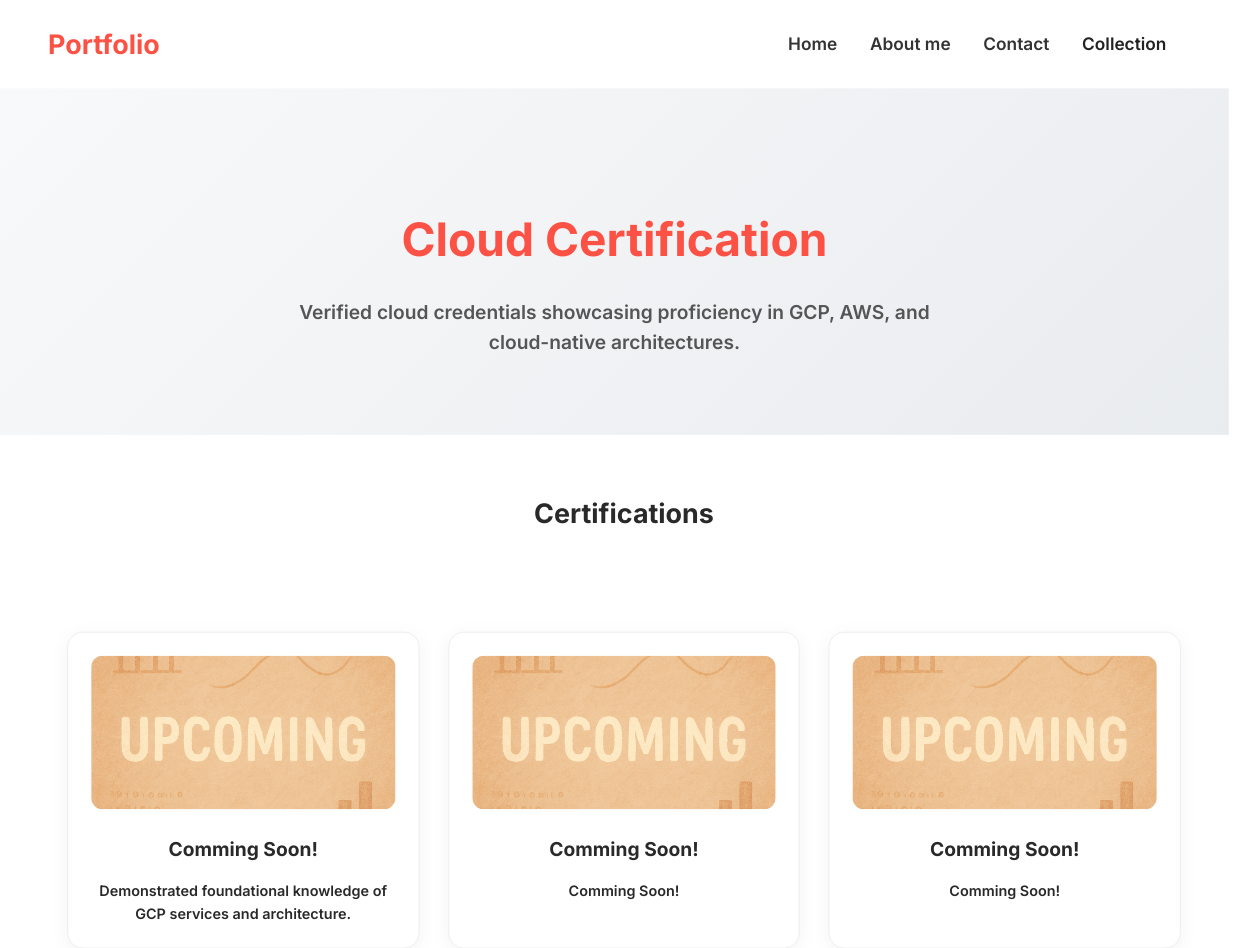
Repository: Wipas1919/Archive-portfolio
Page: projects/cloud-cert.html
These files come from the project's save history. The page is drawn as it stood at one moment and after the next save; the edit follows.
The browser window is 1280 px wide. The page is 1300 px wide, so the pictures cover 1300 px, including what lies to the right of the window. The pictures show the whole page, at 96% of full size.

Above is the page before, as saved 2025-06-01 20:47:49.

### projects/cloud-cert.html
<!-- Cleaned and updated on 2025-05-25 -->
<!DOCTYPE html>
<html lang="en">
<head>
  <meta charset="UTF-8" />
  <meta name="viewport" content="width=device-width, initial-scale=1.0"/>
  <title>Cloud Certification | Portfolio</title>
  <link href="https://fonts.googleapis.com/css2?family=Inter:wght@600;700&display=swap" rel="stylesheet">
  <link rel="stylesheet" href="../style/main.css">
  <style>
    body { font-family: 'Inter', sans-serif; }
    .cover {
      background: linear-gradient(135deg, #f8f9fa, #e9ecef);
      padding: 80px 20px;
      text-align: center;
    }
    .cover h1 {
      font-size: 48px;
      color: #fc5246;
      margin-bottom: 20px;
    }
    .cover p {
      font-size: 20px;
      color: #555;
      max-width: 700px;
      margin: 0 auto;
    }
    .project-cards h3 {
      text-align: center;
      font-size: 28px;
      margin-top: 60px;
      margin-bottom: 30px;
    }
    .card-grid {
      display: grid;
      grid-template-columns: repeat(auto-fit, minmax(280px, 1fr));
      gap: 30px;
      padding: 0 20px;
    }
    .card {
      display: block;
      background: #fff;
      border-radius: 16px;
      box-shadow: 0 4px 20px rgba(0, 0, 0, 0.05);
      padding: 24px;
      text-align: center;
      transition: transform 0.3s;
      text-decoration: none !important;
      color: inherit !important;
      cursor: pointer;
    }
    .card:hover {
      transform: translateY(-5px);
    }
    .card img {
      width: 100%;
      height: 160px;
      object-fit: cover;
      border-radius: 12px;
      margin-bottom: 16px;
    }
    .card h4 {
      font-size: 20px;
      margin-bottom: 8px;
      color: #222;
    }
    .card p {
      color: #666;
      font-size: 15px;
    }
    .card:visited,
    .card:hover,
    .card:focus,
    .card:active,
    .card *,
    .card *:visited,
    .card *:hover,
    .card *:focus,
    .card *:active {
      color: inherit !important;
      text-decoration: none !important;
    }
    .dropdown-wrapper { position: relative; display: inline-block; }
    .dropbtn {
      font-weight: 600;
      cursor: pointer;
      color: #222;
      text-decoration: none;
      margin-left: 15px;
    }
    .dropdown-content {
      display: none;
      position: absolute;
      top: 100%;
      right: 0;
      background-color: #ffffff;
      min-width: 220px;
      border-radius: 12px;
      box-shadow: 0 10px 25px rgba(0, 0, 0, 0.08);
      overflow: hidden;
      padding: 10px 0;
      z-index: 999;
    }
    .dropdown-wrapper:hover .dropdown-content { display: block; }
    .dropdown-content a {
      display: block;
      padding: 12px 20px;
      color: #222;
      text-decoration: none;
      font-size: 15px;
      transition: background-color 0.2s ease, color 0.2s ease;
    }
    .dropdown-content a:hover {
      background-color: #eaeaea;
      color: #fd3a2d;
    }
  </style>
</head>
<body>
  <div id="page-loader"><div class="spinner"></div></div>

  <header>
    <div class="container">
      <h1 class="logo" style="font-family: 'Inter', sans-serif; font-weight: 700; font-size: 28px; color: #fc5246;">Portfolio</h1>
      <nav class="nav-right">
        <a href="../index.html">Home</a>
        <a href="../index.html#about">About me</a>
        <a href="../index.html#contact">Contact</a>
        <div class="dropdown-wrapper">
          <a href="#" class="dropbtn">Collection</a>
          <div class="dropdown-content">
            <a href="data-engineer.html">Data Engineer</a>
            <a href="business-analysis.html">Business Analysis</a>
            <a href="bi-solutions.html">Business Intelligent</a>
            <a href="strategic-data.html">Data-Driven</a>
            <a href="cloud-cert.html">Certification</a>
            <a href="data-integration.html">Data Product</a>
          </div>
        </div>
      </nav>
    </div>
  </header>

  <!-- Cover -->
  <section class="cover">
    <h1>Cloud Certification</h1>
    <p>Verified cloud credentials showcasing proficiency in GCP, AWS, and cloud-native architectures.</p>
  </section>

  <!-- Project Cards -->
  <section class="project-cards container" id="project-cards">
    <h3>Certifications</h3>
    <div class="card-grid" id="card-container"></div>
  </section>

  <script>
    const cardsContainer = document.getElementById("card-container");
    const projectId = "cloud-cert";

    fetch("../data/projects.json")
      .then(res => res.json())
      .then(data => {
        const p = data[projectId];
        if (!p || !p.projects?.length) {
          cardsContainer.innerHTML = "<p>No certifications found.</p>";
          return;
        }
        cardsContainer.innerHTML = p.projects.map(proj => `
          <a href="project.html?id=${proj.slug}" class="card">
            <img src="${proj.image}" alt="${proj.title}" />
            <h4>${proj.title}</h4>
            <p>${proj.description}</p>
          </a>
        `).join("");
      })
      .catch(err => {
        cardsContainer.innerHTML = "<p>Error loading data.</p>";
        console.error(err);
      });
  </script>
</body>
</html>

### style/main.css
/* ตั้งค่าพื้นฐาน */
body {
  margin: 0;
  font-family: 'Poppins', sans-serif;
  background: #ffffff;
  color: #292929;
  line-height: 1.6;
  scroll-behavior: smooth;
  user-select: none;
  -webkit-user-select: none;
  -ms-user-select: none;
}

img {
  max-width: 100%;
  height: auto;
  display: block;
}

.container {
  width: 100%;
  max-width: 1200px;
  margin: 0 auto;
  padding: 0 50px; /* เพิ่ม padding ด้านข้าง */
}

@media screen and (max-width: 767px) {
  .container { padding: 0 16px; }
  .hero h2 { font-size: 36px; }
  .hero p { font-size: 18px; }
  .card-grid { grid-template-columns: 1fr; }
  nav a { font-size: 14px; }
  .hero-content { flex-direction: column; }
  .about-image img { width: 100%; }
}

@media screen and (min-width: 768px) and (max-width: 1024px) {
  .hero h2 { font-size: 48px; }
  .card-grid { grid-template-columns: repeat(2, 1fr); }
}

@media screen and (max-width: 480px) {
  h2, .section-title { font-size: 28px; }
  .hero h2 { font-size: 28px; }
  .hero p, .section-description, .about-text p, .card p { font-size: 16px; }
  .btn { padding: 10px 20px; font-size: 16px; }
}

/* Navbar */
header {
  background: #fff;
  padding: 5px 0;
  display: flex;
  justify-content: space-between;
  align-items: center;
  border-bottom: 0px solid #eee;
  position: sticky;
  top: 0;
  z-index: 100;
}

header .container {
  display: flex;
  align-items: center;
  justify-content: space-between;
}

.logo {
  font-family: 'Poppins', serif;
  font-size: 30px;
  color: #fc5246;
}

nav a {
  margin: 0 15px;
  color: #333;
  text-decoration: none;
  font-weight: 600;
  font-size: 18px;
}

nav a:hover {
  color: #fd3a2d;
}

/* ปุ่มหลักของเมนู dropdown */
.dropdown-wrapper {
  position: relative;
  display: inline-block;
}

.dropbtn {
  font-weight: 600;
  cursor: pointer;
  color: #222;
  transition: color 0.3s ease;
}

.dropbtn:hover {
  color: #fd3a2d;
}

/* เมนูที่แสดงเมื่อ hover */
.dropdown-content {
  display: none;
  position: absolute;
  top: 100%;
  right: 0;
  background-color: #ffffff;
  min-width: 220px;
  border-radius: 12px;
  box-shadow: 0 10px 25px rgba(0, 0, 0, 0.08);
  overflow: hidden;
  padding: 10px 0;
  z-index: 999;
}

/* แสดงเมื่อ hover */
.dropdown-wrapper:hover .dropdown-content {
  display: block;
}

/* ลิงก์ใน dropdown */
.dropdown-content a {
  display: block;
  padding: 12px 20px;
  color: #222;
  text-decoration: none;
  font-size: 15px;
  transition: background-color 0.2s ease, color 0.2s ease;
}

/* Hover effect ของลิงก์ */
.dropdown-content a:hover {
  background-color: #eaeaea;
  color: #fd3a2d;
}

.hero-animation {
  margin-top: 10px;
  display: flex;
  justify-content: right;
}

/* Hero Section */
.hero {
  position: relative;
  height: 60vh;
  display: flex;
  align-items: center;
  justify-content: center;
  flex-direction: column;
  text-align: center;
  background: #000000;
  color: #ffffff;
}

#hero-background {
  position: absolute;
  top: 0;
  left: 0;
  width: 100%;
  height: 100%;
  z-index: 0;
}

.hero-content {
  position: relative;
  z-index: 1;
  width: 100%;
  max-width: 1200px;
  padding-left: 5vw;
  padding-right: 5vw;
  text-align: left;
  align-items: flex-start;
}

.hero h2 {
  font-size: 60px;
  margin-bottom: 10px;
  line-height: 1.2;
  color: #ececec;
}

.hero p {
  font-size: 30px;
  margin-bottom: 30px;
  color: #ececec;
}

.btn, .hero .btn {
  display: inline-block;
  background: #fd3a2d;
  color: #fff;
  padding: 14px 36px;
  border-radius: 30px;
  text-decoration: none;
  font-weight: bold;
  font-size: 18px;
  transition: background 0.3s;
}

.btn:hover, .hero .btn:hover {
  background: #252525;
}

/* Sections */
section {
  padding: 100px 0;
  text-align: center;
}

/* About Section */
.about-grid {
  display: flex;
  align-items: center;
  justify-content: center;
  gap: 50px;
  flex-wrap: wrap;
}

.about-image img {
  width: 500px;
  height: auto;
  object-fit: cover;
  border-top-left-radius: 0;
  border-top-right-radius: 0;
  border-bottom-left-radius: 200px;
  border-bottom-right-radius: 200px;
}

.about-text {
  max-width: 500px;
  text-align: left;
}

.about-text h2 {
  margin-bottom: 20px;
}

.about-text p {
  font-size: 18px;
  color: #666;
}

/* Timeline */
.timeline-item {
  position: relative;
  margin-bottom: 30px;
}

.timeline-dot {
  width: 14px;
  height: 14px;
  background-color: #fd3a2d;
  border-radius: 50%;
  position: absolute;
  left: -8px;
  top: 0;
}

.timeline-content {
  margin-left: 20px;
}

.timeline-content h4 {
  margin: 0;
  font-size: 18px;
  color: #333;
  font-weight: 600;
}

.timeline-content p {
  margin: 5px 0 0;
  font-size: 16px;
  color: #666;
}

/* Projects Section */
#projects {
  margin-bottom: 10px;
}

.card-grid {
  display: grid;
  grid-template-columns: repeat(3, 1fr); /* สำคัญ: 3 คอลัมน์ */
  gap: 20px;
  margin-top: 100px;
}


.card {
  background: #ffffff;
  padding: 30px;
  border-radius: 12px;
  max-height: 280px;
  text-align: center;
  transition: box-shadow 0.3s;
  border: 1px solid #eee;
}

.card:hover {
  box-shadow: 0 8px 20px rgba(0, 0, 0, 0.1);
}

.card-icon img {
  width: 40px;
  height: 40px;
  margin-bottom: 20px;
}

.card h3 {
  font-size: 18px;
  margin-bottom: 15px;
  color: #333;
}

.card p {
  font-size: 16px;
  color: #666;
}

/* Contact Section */
.contact {
  background: rgba(255, 255, 255, 0.5); /* 1 = โปร่งแสง 50% */
  text-align: center;
}

.section-subtitle {
  text-transform: uppercase;
  font-size: 18px;
  letter-spacing: 1.5px;
  color: #4e4e4e;
  margin-bottom: 10px;
}

h2 {
  font-size: 36px;
  color: #292929
}


.section-title {
  font-size: 36px;
  margin-bottom: 10px;
  color: #2e2e2e;
}

.section-description {
  font-size: 18px;
  margin-bottom: 40px;
  color: #4e4e4e;
}

.contact-grid {
  display: grid;
  grid-template-columns: repeat(auto-fit, minmax(280px, 1fr));
  gap: 20px;
  margin-top: 40px;
}

.contact-card.glass {
  background: rgba(255, 255, 255, 0.15);
  backdrop-filter: blur(12px);
  -webkit-backdrop-filter: blur(12px);
  border-radius: 20px;
  padding: 24px;
  border: 1px solid rgba(255, 255, 255, 0.3);
  box-shadow: 0 8px 32px rgba(0, 0, 0, 0.1);
  transition: transform 0.3s ease, box-shadow 0.3s ease;
  text-align: center;
}

.contact-card.glass:hover {
  transform: scale(1.05);
  box-shadow: 0 12px 28px rgba(0, 0, 0, 0.15);
}

.contact-icon {
  display: flex;
  flex-direction: column;
  align-items: center;
  justify-content: center; /* 🔥 เพิ่มบรรทัดนี้เพื่อจัดไอคอนแนวดิ่ง */
  height: 100px; /* ✅ ปรับความสูงให้เหมาะสม */
  margin-bottom: 12px;
}


.contact-icon img {
  width: 48px;
  height: 48px;
  margin-bottom: 12px;
  transition: transform 0.3s ease;
}

.contact-card.glass:hover .contact-icon img {
  transform: scale(1.15);
}

/* Footer */
footer {
  background: #f5f5f5;
  padding: 20px 0;
  font-size: 14px;
  color: #4d4d4d;
}

.footer-container {
  display: flex;
  justify-content: space-between;
  align-items: center;
  flex-wrap: wrap;
}

.social-links {
  display: flex;
  gap: 20px;
}

.social-links a img {
  width: 30px;
  height: 30px;
  transition: transform 0.3s ease;
}

.social-links a img:hover {
  transform: scale(1.2);
}

#hero-background {
  position: absolute;
  top: 0;
  left: 0;
  height: 100%;
  width: 100%;
  z-index: 0;
  overflow: hidden;
}
.hero-content {
  position: relative;
  z-index: 1;
}

/* animation-data */
.hero-content {
  display: flex;
  justify-content: space-between;
  align-items: center;
  flex-wrap: wrap;
  gap: 40px;
}

.hero-text {
  flex: 1 1 55%;
}

.hero-animation {
  flex: 1 1 40%;
  display: flex;
  justify-content: center;
  align-items: center;
}

/* ===== Page Loader & Smooth Scroll ===== */
html{scroll-behavior:smooth;}

#page-loader{
  position:fixed;inset:0;display:grid;place-items:center;
  background:#ffffff;z-index:9999;opacity:1;
  transition:opacity .0.5s ease;
}
#page-loader .spinner{
  width:32px;height:32px;border:4px solid #e5e5e5;
  border-top-color:#ff694b;border-radius:50%;
  animation:spin .8s linear infinite;
}
@keyframes spin{to{transform:rotate(360deg)}}

body.loaded #page-loader{opacity:0;pointer-events:none;}
body.fade-out{opacity:0;transition:opacity .0.5s ease;}

@keyframes hideLoaderFallback{to{opacity:0;pointer-events:none;}}
#page-loader{animation:hideLoaderFallback 0.5s forwards 0.5s;}



/* ====  Reusable Card Component  ================================== */
.card {
  background: #ffffff;
  border: 1px solid #eee;
  border-radius: 12px;
  padding: 24px;
  text-align: center;
  box-shadow: 0 4px 12px rgba(0,0,0,.05);
  transition: transform .3s ease, box-shadow .3s ease;
}
.card:hover {
  transform: translateY(-6px);
  box-shadow: 0 12px 25px rgba(0,0,0,.1);
}

.card__icon{
  display:flex;
  flex-direction:column;
  align-items:center;
  justify-content:center;
  height:100px;
  margin-bottom:12px;
}
.card__icon img{
  width:48px;
  height:48px;
  transition: transform .3s ease;
}
.card:hover .card__icon img{
  transform:scale(1.15);
}

/* Variant – project card (clickable) */
.card--project{cursor:pointer;}

/* Variant – glassmorphism contact card */
.card--glass{
  background: rgba(255,255,255,.15);
  backdrop-filter: blur(12px);
  -webkit-backdrop-filter: blur(12px);
  border: 1px solid rgba(255,255,255,.3);
  box-shadow: 0 8px 32px rgba(0,0,0,.1);
}

/* Grids */

.card-grid--contact{
  display:grid;
  grid-template-columns: repeat(auto-fit,minmax(280px,1fr));
  gap:20px;
  margin-top:40px;
}

/* Remove legacy duplicate styles */
.contact-card, .contact-card.glass, .glass-card{
}/* project */

.project-blog {
  max-width: 800px;
  margin: 80px auto;
  padding: 0 20px;
  font-family: 'Inter', sans-serif;
}

.project-blog h1 {
  font-size: 36px;
  font-weight: 700;
  margin-bottom: 20px;
  text-align: center;
  color: #222;
}

.project-blog .tag {
  display: inline-block;
  background: #eeeeee;
  color: #333;
  padding: 6px 12px;
  margin: 0 8px 20px 0;
  border-radius: 20px;
  font-size: 14px;
}

.project-blog p {
  font-size: 18px;
  color: #444;
  line-height: 1.7;
  margin-bottom: 24px;
}

.project-blog img {
  width: 100%;
  border-radius: 10px;
  margin: 30px 0;
  box-shadow: 0 8px 30px rgba(0,0,0,0.08);
}

/* button */
.back-float-btn {
  position: fixed;
  bottom: 30px;
  left: 50%;
  transform: translateX(-50%);
  background-color: #fc5246;
  color: white;
  padding: 10px 24px;
  font-size: 14px;
  border-radius: 30px;
  box-shadow: 0 4px 16px rgba(0, 0, 0, 0.1);
  cursor: pointer;
  z-index: 9999;
  text-align: center;
  font-family: 'Inter', sans-serif;
  transition: background 0.3s ease;
  width: auto;       /* ปรับให้ขนาดพอดีกับเนื้อหา */
  max-width: 200px;  /* จำกัดไม่ให้ปุ่มกว้างเกินไป */
}

.back-float-btn:hover {
  background-color: #e6483c;
}

@media (max-width: 768px) {
  .back-float-btn {
    padding: 9px 18px;
    font-size: 13px;
    bottom: 20px;
  }
/* ===== FINAL OVERRIDE ===== */
.contact-card a {
  color: inherit !important;
  text-decoration: none !important;
}

.contact-card a:visited {
  color: inherit !important;
  text-decoration: none !important;
}

.contact-card a:hover,
.contact-card a:focus,
.contact-card a:active {
  color: inherit !important;
  text-decoration: none !important;
}

/* ===== Card grid (Projects) enforce 3-column on desktop ===== */
@media (min-width: 1024px){
  .card-grid--projects{
    grid-template-columns: repeat(3, 1fr);
  }
}
/* 2 columns on tablets */
@media (min-width: 640px) and (max-width: 1023px){
  .card-grid--projects{
    grid-template-columns: repeat(2, 1fr);
  }
}
/* 1 column on small screens (default) */
}

/* ===== DESKTOP-ONLY MODE (CSS BLOCK) =====
   Hide entire site below 1024px width and show full-screen notice
--------------------------------------------------------------- */
@media (hover: none) and (pointer: coarse){
  /* Hide all real content */
  body > * { display: none !important; }

  /* Full-screen notice */
  body::before{
    content: "This site is designed for desktop browsers only.\A Please visit on a larger screen.";
    white-space: pre-line;
    position: fixed;
    inset: 0;
    background: #ffffff;
    color: #000000;
    padding: 40px 24px;
    display: flex;
    align-items: center;
    justify-content: center;
    font-family: "Poppins", sans-serif;
    font-size: 18px;
    line-height: 1.4;
    text-align: center;
    z-index: 99999;
  }

  /* Prevent horizontal scroll */
  html, body{ overflow: hidden; }
}

.project-blog strong {
  font-size: 1.4em;   /* 110 % ของขนาดปกติในย่อหน้านั้น */
  font-weight: 800;
}

### data/projects.json
{
  "data-engineer": {
    "projects": [
      {
        "title": "End-to-End Data Engineering Journey",
        "slug": "End-to-End Data Engineering Journey",
        "description": "Full-stack ETL pipeline implementation",
        "image": "/images/data-engineers.jpg"
      },
      {
        "title": "End-to-End Data Infrastructure Planning",
        "slug": "End-to-End Data Infrastructure Planning",
        "description": "Process Design Fundamental",
        "image": "/images/data-foundamatal.jpg"
      },
      {
        "title": "Data Governance",
        "slug": "Data Governance",
        "description": "Designing and implementing a hybrid data governance framework",
        "image": "/images/data-governance.jpg"
      }
    ]
  },
  "business-analysis": {
    "title": "Business Analysis",
    "description": "Transform data into insights for decision-making.",
    "image": "../images/ba.svg",
    "overview": "Analyzed survey and operational data to support marketing strategy.",
    "contributions": [
      "Designed data collection forms",
      "Used SQL & Power BI for analysis",
      "Presented insights to leadership"
    ],
    "tools": [
      "Excel",
      "SQL",
      "Power BI",
      "Survey Analysis"
    ],
    "impact": "Helped increase campaign engagement by 30%",
    "projects": [
      {
        "title": "post-event analysis",
        "slug": "post-event analysis",
        "description": "Built interactive dashboards to monitor sentiment trends.",
        "image": "/images/post-event.png"
      },
      {
        "title": "New insights are cooking",
        "slug": "campaign-performance-analysis",
        "description": "preparing something worth the wait.",
        "image": "/images/upcoming-cover.png"
      },
      {
        "title": "New insights are cooking",
        "slug": "operational-kpi-tracking",
        "description": "preparing something worth the wait.",
        "image": "/images/upcoming-cover.png"
      }
    ]
  },
  "bi-solutions": {
    "title": "Business Intelligent",
    "projects": [
      {
        "title": "Dashboard Routine",
        "description": "Designed Power BI dashboard to visualize sales KPIs across regions.",
        "image": "/images/bi-routine-1.png",
        "slug": "bi-sales-performance"
      },
      {
        "title": "Dashboard Near-real time",
        "description": "Used data visualization to cluster customer segments based on behavior.",
        "image": "/images/bi-routine-2.png",
        "slug": "bi-customer-segmentation"
      },
      {
        "title": "KPI Overview",
        "description": "Built interactive dashboards to summarize high-level KPIs for executives.",
        "image": "/images/bi-routine-3.png",
        "slug": "bi-kpi-overview"
      }
    ]
  },
  "strategic-data": {
    "title": "Data-Driven",
    "projects": [
      {
        "title": "Assistant Speaker Trend Technoligies ",
        "description": "Developed a data-driven framework to analyze campaign performance across channels.",
        "image": "/images/bi-routine-4.jpg",
        "slug": "marketing-insight-framework"
      },
      {
        "title": "Power BI Training",
        "description": "Created visualizations from IoT sensor data to optimize event space usage.",
        "image": "/images/bi-routine-5.jpg",
        "slug": "event-analytics-dashboard"
      },
      {
        "title": "Coming Soon!",
        "description": "Designed end-to-end system for converting analytics into automated decisions.",
        "image": "/images/upcoming-cover.png",
        "slug": "decision-intelligence-system"
      }
    ]
  },
  "data-integration": {
    "title": "Data Product",
    "projects": [
      {
        "title": "Chat AI for web-event",
        "description": "Built backend pipeline to integrate chatbot logs into Datamart for insights.",
        "image": "/images/bi-routine-6.png",
        "slug": "chatbot-analytics-pipeline"
      },
      {
        "title": "Hr Recuddtor Macthing",
        "description": "Created dynamic reporting tool from MySQL and PostgreSQL for internal teams.",
        "image": "/images/upcoming-cover.png",
        "slug": "self-service-report-generator"
      },
      {
        "title": "Comming Soon!",
        "description": "Aggregated customer voice data into a single source for product decisions.",
        "image": "/images/upcoming-cover.png",
        "slug": "customer-feedback-hub"
      }
    ]
  },
  "cloud-cert": {
  "title": "Certification",
  "projects": [
    {
      "title": "Comming Soon!",
      "description": "Demonstrated foundational knowledge of GCP services and architecture.",
      "image": "/images/upcoming-cover.png",
      "slug": "gcp-certification"
    },
    {
      "title": "Comming Soon!",
      "description": "Comming Soon!",
      "image": "/images/upcoming-cover.png",
      "slug": "aws-certification"
    },
    {
      "title": "Comming Soon!",
      "description": "Comming Soon!",
      "image": "/images/upcoming-cover.png",
      "slug": "azure-certification"
    }
  ]
}
}

After the next save:
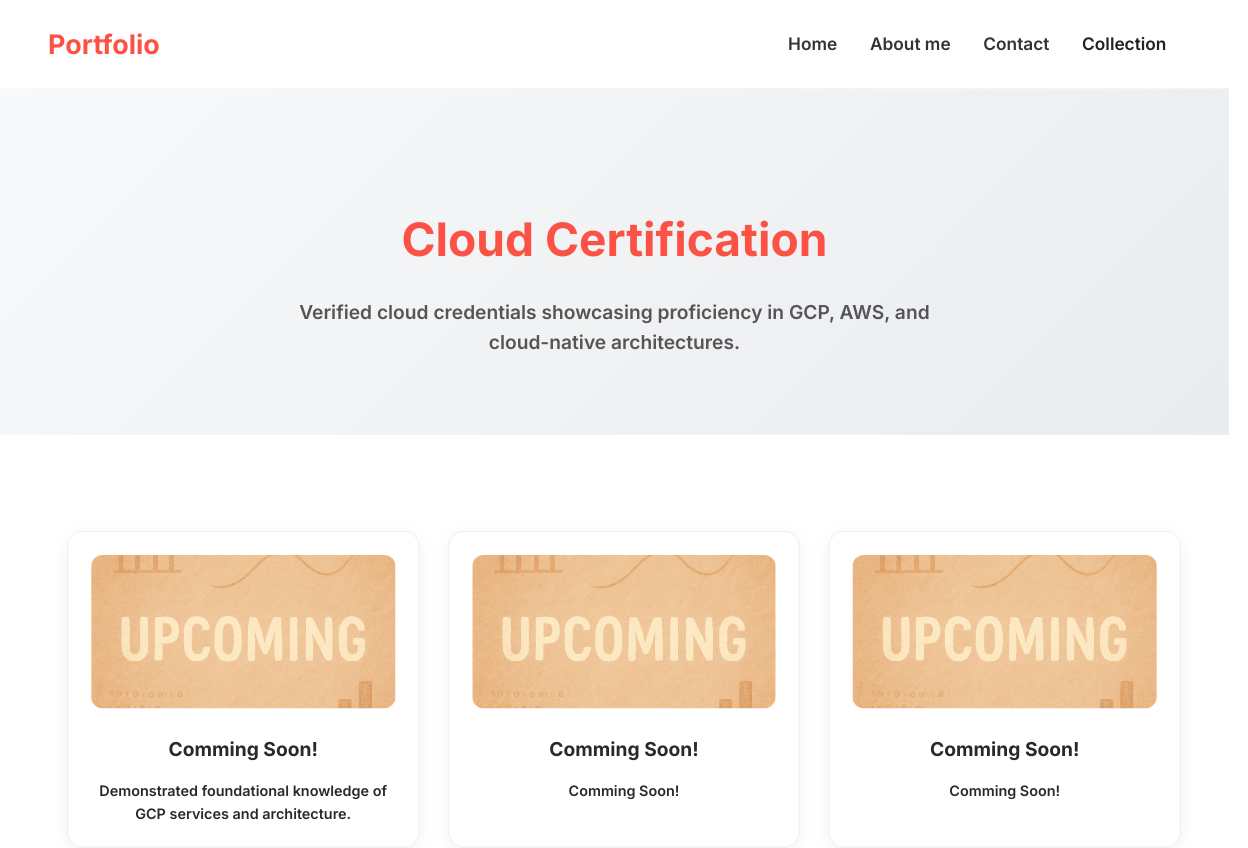
Saved 17 s later.
--- a/projects/cloud-cert.html
+++ b/projects/cloud-cert.html
@@ -149,7 +149,6 @@
 
   <!-- Project Cards -->
   <section class="project-cards container" id="project-cards">
-    <h3>Certifications</h3>
     <div class="card-grid" id="card-container"></div>
   </section>
 
